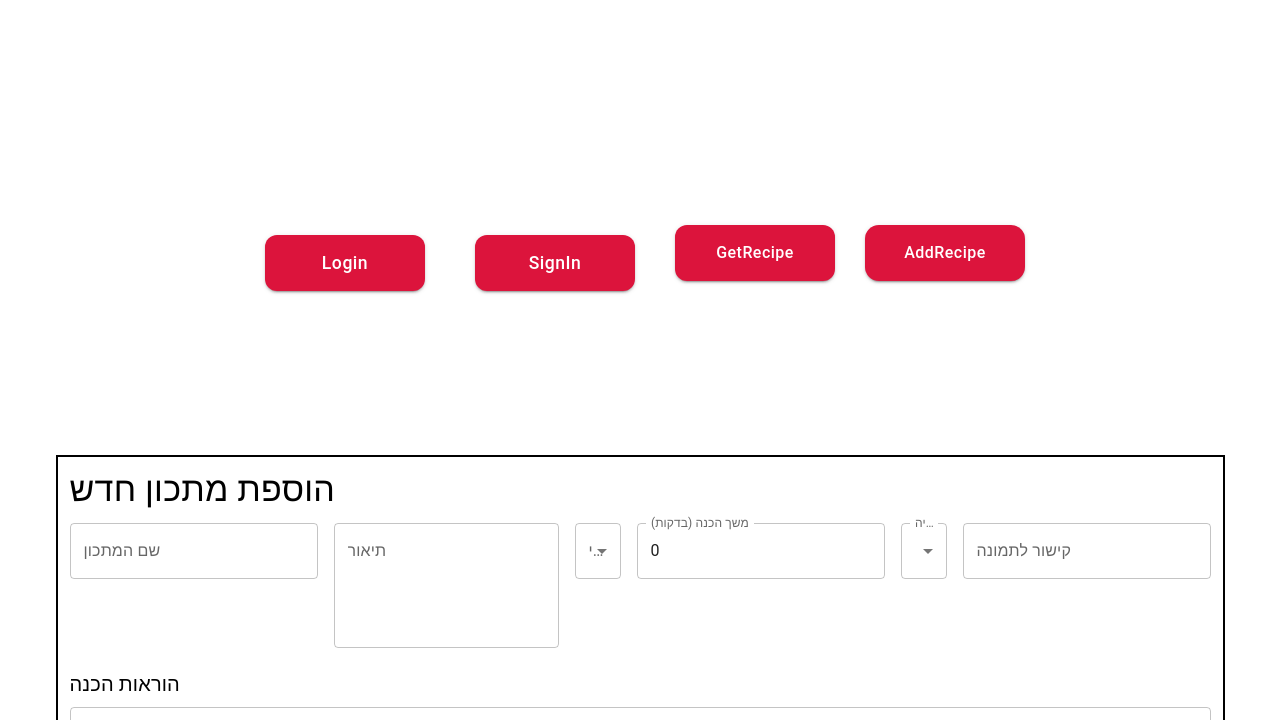
Repository: saraAber/Recipes_ReactProject
Page: /AddRecipe
The author's editor kept a copy of each file at every save. The page is drawn from the files as they stood at one save, then again after a run of saves.
The browser window is 1280 px wide. The pictures show the whole page.
The project was rebuilt for these pictures with package versions that can differ from the ones it lists, and the page was loaded fresh each time. Also part of the build but not shown: vite.config.ts, src/components/Login.tsx, src/components/SignIn.tsx, src/components/userContext.tsx, src/components/GetRecipes.tsx, src/components/CategoriesContext.tsx, src/components/EditRecipe.tsx.

Above is the page before, as saved 2025-05-06 16:10:25.

### src/main.tsx
// import { BrowserRouter as Router, Routes, Route } from "react-router-dom";
// import HomePage from "./components/HomePage.tsx";
// import Recipes from './components/Recipes.tsx'
// import AddRecipe from './components/addRecipe.tsx';
// import EditRecipe from './components/editRecipe.tsx';
// import { AuthProvider } from "./contexts/AuthUserContext.tsx";
// import { Outlet } from 'react-router-dom';

// function App() {

//   return (
//     <>
//       <AuthProvider>
//         <Router>
//           <Routes>
//             <Route path="/" element={<Outlet />} />
//             <Route path='*' element={<HomePage />} />
//             <Route path='/recipes' element={<Recipes />} />
//             <Route path="/editRecipe" element={<EditRecipe recipeId={1} onRecipeUpdated={(updatedRecipe) => console.log(updatedRecipe)} />} />
//             <Route path='/addRecipe' element={<AddRecipe />} />

//           </Routes>
//           <Outlet />
//         </Router>
//       </AuthProvider>

//     </>
//   )
// }
// export default App


import { createRoot } from 'react-dom/client'
import App from "./App";
import { createBrowserRouter, RouterProvider } from 'react-router-dom'
import SignIn from './components/SignIn.tsx'
import Login from './components/Login.tsx'
import GetRecipes from './components/GetRecipes.tsx'
import AddRecipe from './components/AddRecipe'
import EditRecipe from './components/EditRecipe'

const routes = createBrowserRouter([

  {
    path: '*', // דף הבית הראשי

    element:
      <App />,

    children: [

      { path: 'Login', element: <Login /> },
      { path: 'SignIn', element: <SignIn /> },
      { path: 'GetRecipes', element: <GetRecipes /> },
      { path: 'AddRecipe', element: <AddRecipe /> },
      { path: 'edit-recipe/:id', element: <EditRecipe /> }

    ],
  },
]);
createRoot(document.getElementById('root')!).render(

  <RouterProvider router={routes} />,

);

### src/App.tsx
import { Outlet } from "react-router-dom";
import "./App.css";
import HomePage from "./components/HomePage";
import { AuthProvider } from "./contexts/AuthUserContext";

function App() {
  console.log("App Loaded!");

  return (
    <AuthProvider>
      <HomePage />
      <Outlet />
    </AuthProvider>
  );
}

export default App;

### src/components/addRecipe.tsx
import React, { useContext, useState } from 'react';
import axios from 'axios';
import { useForm, useFieldArray, Controller } from 'react-hook-form';
import {
  TextField,
  Button,
  Grid,
  Typography,
  FormControl,
  InputLabel,
  MenuItem,
  Select,
} from '@mui/material';
import { userContext } from './userContext';
import { CatContext } from './CategoriesContext';
import { Recipe, Ingridents, Instructions } from './Types';

type FormValues = {
  Name: string;
  Description: string;
  Difficulty: string;
  Duration: number;
  CategoryId: number;
  Img: string;
  Instructions: Instructions[];
  Ingridents: Ingridents[];
};

const AddRecipe: React.FC = () => {
  const { Myuser } = useContext(userContext);
  const { categories } = useContext(CatContext);
  const [loading, setLoading] = useState(false);

  const {
    register,
    handleSubmit,
    control,
    formState: { errors },
    reset,
  } = useForm<FormValues>({
    defaultValues: {
      Name: '',
      Description: '',
      Difficulty: '',
      Duration: 0,
      CategoryId: 0,
      Img: '',
      Instructions: [{ Name: '' }],
      Ingridents: [{ Name: '', Count: '', Type: '' }],
    },
  });

  const { fields: instructionFields, append: appendInstruction } = useFieldArray({
    control,
    name: 'Instructions',
  });

  const { fields: ingredientFields, append: appendIngredient } = useFieldArray({
    control,
    name: 'Ingridents',
  });

  const onSubmit = async (data: FormValues) => {
    if (!Myuser) {
      alert('לא ניתן להוסיף מתכון כי אתה לא מחובר 😓');
      return;
    }

    const recipeToSend: Recipe = {
      ...data,
      UserId: Myuser.Id,
      Id: 0,
    };

    setLoading(true);
    try {
      const res = await axios.post('http://localhost:8080/api/recipe', recipeToSend);
      alert('🥳 המתכון נוסף בהצלחה!');
      reset();
    } catch (error) {
      console.error('❌ Error adding recipe:', error);
      alert('הוספת המתכון נכשלה 😢');
    } finally {
      setLoading(false);
    }
  };

  return (
    <form onSubmit={handleSubmit(onSubmit)} style={{ marginTop: 4, border: '2px solid #000', padding: '12px' }}>
      <Typography variant="h4" gutterBottom>
        הוספת מתכון חדש
      </Typography>
      <Grid container spacing={2}>
        <Grid item xs={12} sm={6}>
          <TextField
            label="שם המתכון"
            fullWidth
            {...register('Name', { required: true })}
            error={!!errors.Name}
            helperText={errors.Name && 'שדה חובה'}
          />
        </Grid>

        <Grid item xs={12}>
          <TextField
            label="תיאור"
            multiline
            rows={4}
            fullWidth
            {...register('Description', { required: true })}
            error={!!errors.Description}
            helperText={errors.Description && 'שדה חובה'}
          />
        </Grid>

        <Grid item xs={12} sm={6}>
          <FormControl fullWidth required error={!!errors.Difficulty}>
            <InputLabel>רמת קושי</InputLabel>
            <Controller
              name="Difficulty"
              control={control}
              render={({ field }) => (
                <Select {...field} label="רמת קושי">
                  <MenuItem value="קל">קל</MenuItem>
                  <MenuItem value="בינוני">בינוני</MenuItem>
                  <MenuItem value="קשה">קשה</MenuItem>
                </Select>
              )}
            />
          </FormControl>
        </Grid>

        <Grid item xs={12} sm={6}>
          <TextField
            label="משך הכנה (בדקות)"
            type="number"
            fullWidth
            {...register('Duration', { required: true, min: 1 })}
            error={!!errors.Duration}
            helperText={errors.Duration && 'משך חייב להיות לפחות דקה אחת'}
          />
        </Grid>

        <Grid item xs={12} sm={6}>
          <FormControl fullWidth required error={!!errors.CategoryId}>
            <InputLabel>קטגוריה</InputLabel>
            <Controller
              name="CategoryId"
              control={control}
              render={({ field }) => (
                <Select {...field} label="קטגוריה">
                  {categories?.map((cat) => (
                    <MenuItem key={cat.Id} value={cat.Id}>
                      {cat.Name}
                    </MenuItem>
                  ))}
                </Select>
              )}
            />
          </FormControl>
        </Grid>

        <Grid item xs={12}>
          <TextField
            label="קישור לתמונה"
            fullWidth
            {...register('Img', { required: true })}
            error={!!errors.Img}
            helperText={errors.Img && 'שדה חובה'}
          />
        </Grid>
      </Grid>

      <Typography variant="h6" gutterBottom style={{ marginTop: 20 }}>
        הוראות הכנה
      </Typography>
      {instructionFields.map((item, index) => (
        <Grid item xs={12} key={item.id}>
          <TextField
            label={`שלב ${index + 1}`}
            fullWidth
            {...register(`Instructions.${index}.Name` as const, { required: true })}
          />
        </Grid>
      ))}
      <Button onClick={() => appendInstruction({ Name: '' })}>➕ הוספת שלב</Button>

      <Typography variant="h6" gutterBottom style={{ marginTop: 20 }}>
        מצרכים
      </Typography>
      {ingredientFields.map((item, index) => (
        <Grid container spacing={2} key={item.id}>
          <Grid item xs={12} sm={4}>
            <TextField
              label="שם"
              fullWidth
              {...register(`Ingridents.${index}.Name` as const, { required: true })}
            />
          </Grid>
          <Grid item xs={12} sm={4}>
            <TextField
              label="כמות"
              fullWidth
              {...register(`Ingridents.${index}.Count` as const, { required: true })}
            />
          </Grid>
          <Grid item xs={12} sm={4}>
            <TextField
              label="סוג"
              fullWidth
              {...register(`Ingridents.${index}.Type` as const, { required: true })}
            />
          </Grid>
        </Grid>
      ))}
      <Button onClick={() => appendIngredient({ Name: '', Count: '', Type: '' })}>
        ➕ הוספת מצרך
      </Button>

      <Button
        variant="contained"
        color="primary"
        type="submit"
        style={{ marginTop: 24 }}
        disabled={loading}
      >
        {loading ? 'שולח...' : 'שלח מתכון'}
      </Button>
    </form>
  );
};

export default AddRecipe;

### src/App.css
* {
  margin: 0;
  padding: 0;
  box-sizing: border-box;
}

html, body {
  height: 100%;
  width: 100%;
  overflow: hidden;
}

body {
  display: flex;
  justify-content: center;
  align-items: center;
  /* background-image: url('/קופצות.jpg'); */
  background-repeat: no-repeat;
  background-position: center;
  background-size: contain;
  /* background-color: black;  */
}




.home-container {
  text-align: center;
  padding: 2rem;
}

.button-group button {
  margin: 10px;
  padding: 10px 20px;
  font-size: 1.1rem;
}

.modal-overlay {
  position: fixed;
  top: 0; left: 0; right: 0; bottom: 0;
  background: rgba(0, 0, 0, 0.75);
  display: flex; align-items: center; justify-content: center;
  z-index: 1000;
}

.modal {
  background: #000;
  color: #DC143C;
  padding: 30px;
  border: 2px solid white;
  border-radius: 15px;
  width: 300px;
}

.modal input {
  width: 100%;
  margin-bottom: 10px;
  padding: 8px;
}

.modal-buttons {
  display: flex;
  justify-content: space-between;
  padding: 28px;
}

.error {
  color: red;
  font-size: 12px;
}

.password-wrapper {
  position: relative;
}

.password-wrapper input {
  width: 100%;
  padding-right: 40px;
  box-sizing: border-box;
}

.toggle-password {
  position: absolute;
  top: 50%;
  right: 10px;
  transform: translateY(-50%);
  background: transparent;
  border: none;
  cursor: pointer;
  font-size: 1.2rem;
}

.handleLogin{
 width: 15px;
}

h2{
  padding: 20px;
}

.handleSignup{
  width: 15px;
  height: 15px;
}

### src/components/HomePage.tsx
import { useState } from "react";
import { useNavigate } from "react-router-dom";
import { useAuth } from "../contexts/AuthUserContext";
import LoginModal from "./Login";
import SignupModal from "./SignIn";
import { Button } from '@mui/material';
import { Link } from 'react-router-dom';

function HomePage() {
  const [showLogin, setShowLogin] = useState(false);
  const [showSignup, setShowSignup] = useState(false);
  const navigate = useNavigate();
  const { user } = useAuth();

  return (
    <div
      className="home-container"
      style={{
        display: 'flex',
        justifyContent: 'center',
        alignItems: 'flex-end',
        height: '100vh',
        paddingBottom: '150px',
        // marginTop: '150px',
      }}
    >
      <div
        className="button-group"
        style={{
          display: 'flex',
          flexDirection: 'row',
          gap: '30px', // רווח בין כפתורים
        }}
      >
        {!user && (
          <>
            <Button
              onClick={() => setShowLogin(true)}
              variant="contained"
              sx={{
                bgcolor: '#DC143C',
                '&:hover': { bgcolor: '#B22222' },
                height: '56px',
                width: '160px',
                fontSize: '16px',
                borderRadius: '12px',
                textTransform: 'none',
              }}
            >
              Login
            </Button>
            <Button
              onClick={() => setShowSignup(true)}
              variant="contained"
              sx={{
                bgcolor: '#DC143C',
                '&:hover': { bgcolor: '#B22222' },
                height: '56px',
                width: '160px',
                fontSize: '16px',
                borderRadius: '12px',
                textTransform: 'none',
              }}
            >
              SignIn
            </Button>
          </>
        )}
        <Button
          component={Link}
          to={"/GetRecipes"}
          variant="contained"
          sx={{
            bgcolor: '#DC143C',
            '&:hover': { bgcolor: '#B22222' },
            height: '56px',
            width: '160px',
            fontSize: '16px',
            borderRadius: '12px',
            textTransform: 'none',
          }}
        >
          GetRecipe
        </Button>
        <Button
          component={Link}
          to={"/AddRecipe"}
          variant="contained"
          sx={{
            bgcolor: '#DC143C',
            '&:hover': { bgcolor: '#B22222' },
            height: '56px',
            width: '160px',
            fontSize: '16px',
            borderRadius: '14px',
            textTransform: 'none',
          }}
        >
          AddRecipe
        </Button>
      </div>
      {showLogin && <LoginModal onClose={() => setShowLogin(false)} />}
      {showSignup && <SignupModal onClose={() => setShowSignup(false)} />}
    </div>
  );
}

export default HomePage;

### src/contexts/AuthUserContext.tsx
import React, { ReactNode, createContext, useContext, useState } from "react";


// ממשק שמגדיר את סוגי הנתונים
export interface SignInFormInputs {
    username: string;
    email: string;
    password: string;
}

// טיפוס לקונטקסט
// טיפוס לקונטקסט
export interface AuthContextType {
    user: SignInFormInputs | null;
    isLoggedIn: boolean;
    saveUser: (user: SignInFormInputs) => void;
    clearUser: () => void;
}


// יצירת הקונטקסט
const AuthContext = createContext<AuthContextType | undefined>(undefined);

export interface AuthProviderProps {
    children: ReactNode;
}

// ספק גישה לנתוני המשתמש
export const AuthProvider: React.FC<AuthProviderProps> = ({ children }) => {
    const [user, setUser] = useState<SignInFormInputs | null>(() => {
        const storedUser = localStorage.getItem("user");
        return storedUser ? JSON.parse(storedUser) : null;
    });

    const [isLoggedIn, setIsLoggedIn] = useState<boolean>(!!user);

    const saveUser = (user: SignInFormInputs) => {
        localStorage.setItem("user", JSON.stringify(user));
        setUser(user);
        setIsLoggedIn(true);
    };

    const clearUser = () => {
        localStorage.removeItem("user");
        setUser(null);
        setIsLoggedIn(false);
    };

    return (
        <AuthContext.Provider value={{ user, isLoggedIn, saveUser, clearUser  }}>
            {children}
        </AuthContext.Provider>
    );
};

// הוק לשימוש בקונטקסט
export const useAuth = (): AuthContextType => {
    const context = useContext(AuthContext);
    if (!context) {
        throw new Error("useAuth must be used within an AuthProvider");
    }
    return context;
};

Loaded but not shown: index.html (common file)

After the next 3 saves:
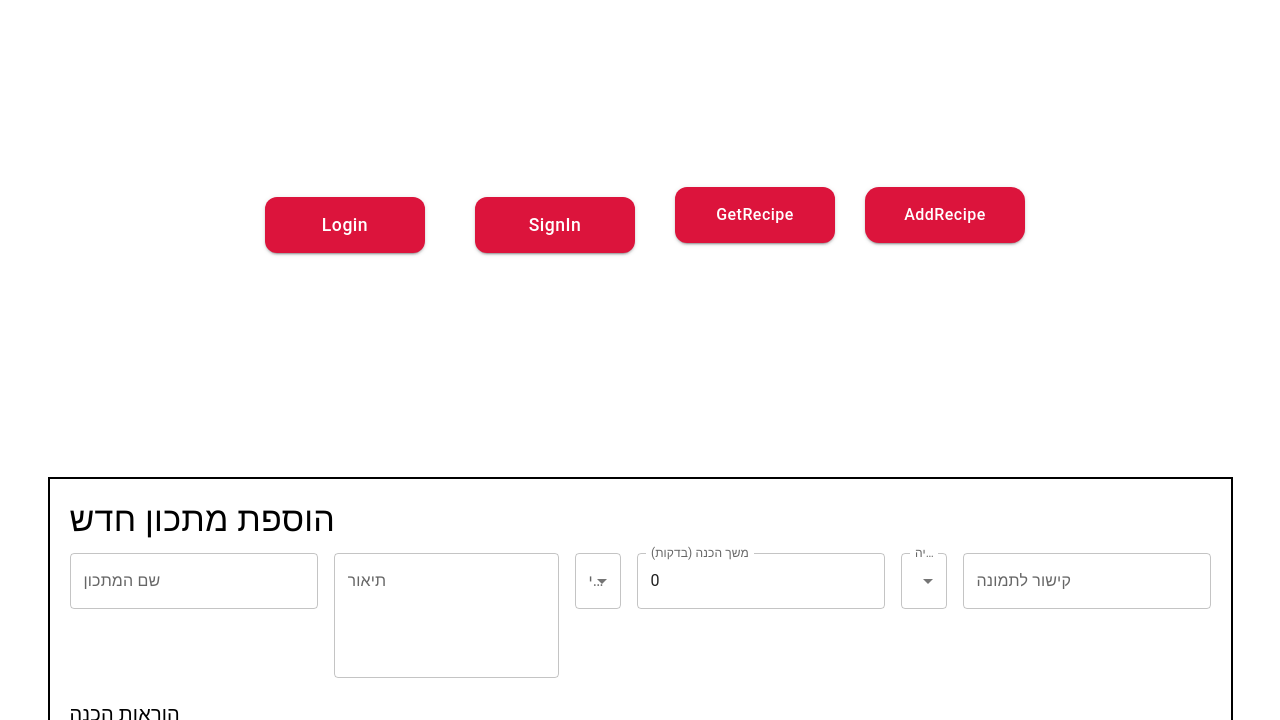
The 3 saves are shown as one change because they came seconds apart.
The last was saved 30 s later.
--- a/src/components/addRecipe.tsx
+++ b/src/components/addRecipe.tsx
@@ -86,7 +86,7 @@ const AddRecipe: React.FC = () => {
   };
 
   return (
-    <form onSubmit={handleSubmit(onSubmit)} style={{ marginTop: 4, border: '2px solid #000', padding: '12px' }}>
+    <form onSubmit={handleSubmit(onSubmit)} style={{ marginTop: 64, border: '2px solid #000', padding: '20px' }}>
       <Typography variant="h4" gutterBottom>
         הוספת מתכון חדש
       </Typography>
